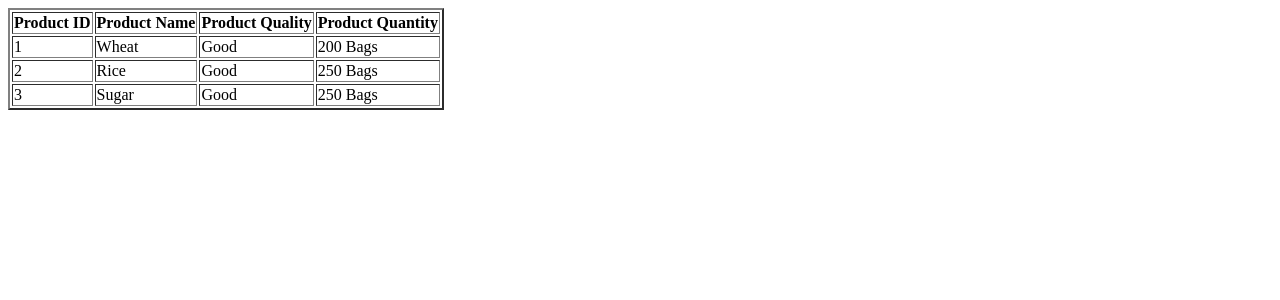
Repository: pranavi481/Assignments
Page: Tables.html
The author's editor kept a record of every edit. The page is drawn from the files as they stood at one moment, then again after the next edit.
The browser window is 1280 px wide. The pictures show the whole page.

Above is the page before.

### Tables.html
<!doctype html>
<html>
    <head>
        <meta charset = "utf-8">
        <title> Table </title>
    </head>
    <body>
        <table border= "2">
            <tr>
                <div style ="color blue">
                <th>Product ID</th>
                <th>Product Name</th>
                <th>Product Quality</th>
                <th>Product Quantity</th>

            </tr>
            <tr>
                <td>1</td>
                <td>Wheat</td>
                <td>Good</td>
                <td>200 Bags</td>
            </tr>
            <tr>
                <td>2</td>
                <td>Rice</td>
                <td>Good</td>
                <td>250 Bags</td>
            </tr>
            <tr>
                <td>3</td>
                <td>Sugar</td>
                <td>Good</td>
                <td>250 Bags</td>
            </tr>
        </table>
    </body>
</html>

After the next edit:
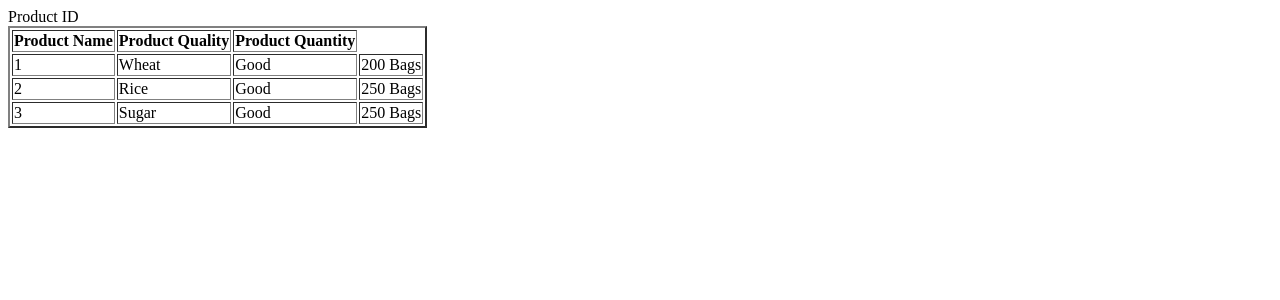
The edit:
--- a/Tables.html
+++ b/Tables.html
@@ -7,7 +7,7 @@
     <body>
         <table border= "2">
             <tr>
-                <div style ="color blue">
+                <div style ="color blue"
                 <th>Product ID</th>
                 <th>Product Name</th>
                 <th>Product Quality</th>
